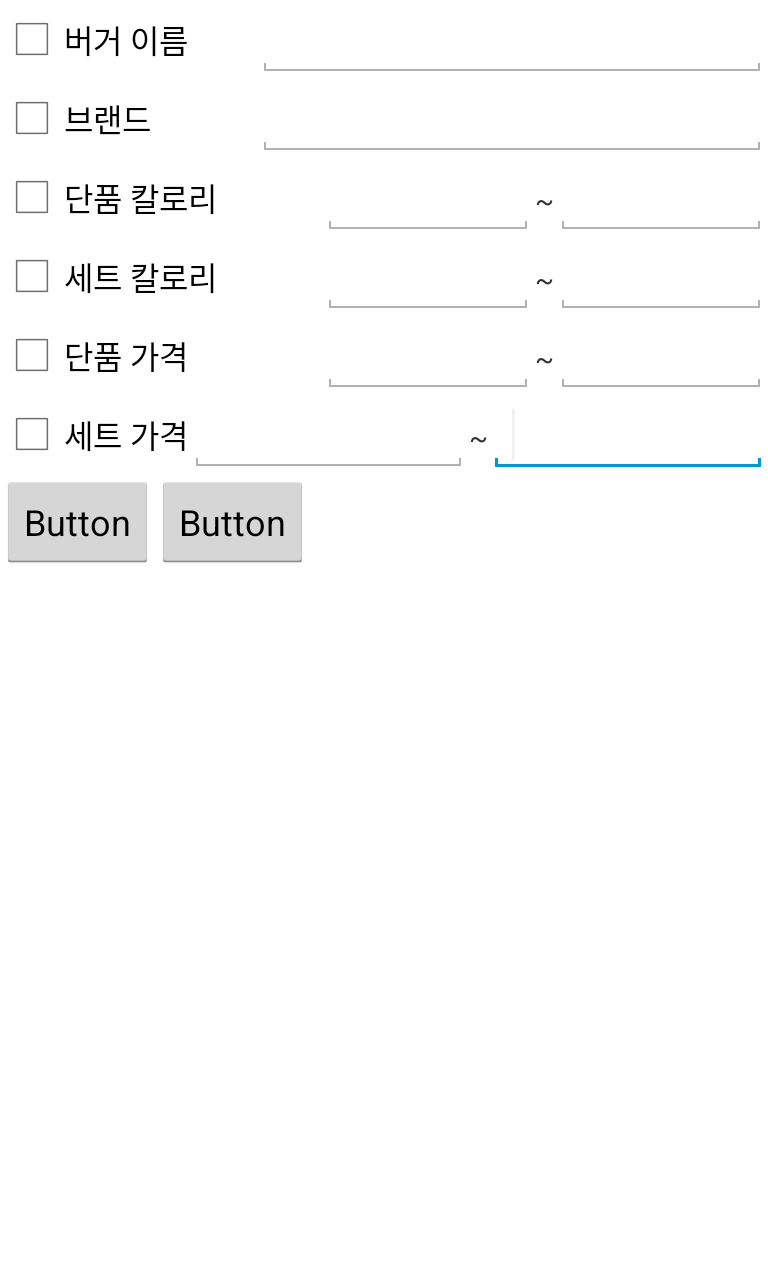
Repository: OnionLord/BurgerWIKI
Layout: burgerDicApp/BurgerDictionary/res/layout/burgersearch.xml
These files come from the project's save history. The layout is drawn as it stood at one moment and after the next save; the edit follows.
It is drawn on a 768 x 1280 px phone screen (xhdpi) without system bars, with theme AppTheme; the app's code is not run.

Above is the layout before, as saved 2014-11-07 14:36:20.

### burgerDicApp/BurgerDictionary/res/layout/burgersearch.xml
<LinearLayout xmlns:android="http://schemas.android.com/apk/res/android"
    android:layout_width="fill_parent"
    android:layout_height="fill_parent"
    android:orientation="vertical" >

    <LinearLayout
        android:layout_width="match_parent"
        android:layout_height="wrap_content" >

        <CheckBox
            android:id="@+id/search_chk_name"
            android:layout_width="0dp"
            android:layout_weight="2"
            android:layout_height="wrap_content"
            android:text="버거 이름" />

        <EditText
            android:id="@+id/search_name"
            android:layout_width="0dp"
            android:layout_height="wrap_content"
            android:layout_weight="4"
            android:ems="10" >

            <requestFocus />
        </EditText>

    </LinearLayout>

    <LinearLayout
        android:layout_width="match_parent"
        android:layout_height="wrap_content" >

        <CheckBox
            android:id="@+id/search_chk_company"
            android:layout_width="0dp"
            android:layout_weight="2"
            android:layout_height="wrap_content"
            android:text="브랜드" />

        <EditText
            android:id="@+id/search_company"
            android:layout_width="0dp"
            android:layout_height="wrap_content"
            android:layout_weight="4"
            android:ems="10" >

            <requestFocus />
        </EditText>

    </LinearLayout>

    <LinearLayout
        android:layout_width="match_parent"
        android:layout_height="wrap_content" >

        <CheckBox
            android:id="@+id/search_chk_calone"
            android:layout_width="0dp"
            android:layout_weight="3"
            android:layout_height="wrap_content"
            android:text="단품 칼로리" />

        <EditText
            android:id="@+id/search_calone1"
            android:layout_width="0dp"
            android:layout_height="wrap_content"
            android:layout_weight="2"
            android:ems="10" >

            <requestFocus />
        </EditText>

        <TextView
            android:id="@+id/textView1"
            android:layout_width="wrap_content"
            android:layout_height="wrap_content"
            android:text="~" />

        <EditText
            android:id="@+id/search_calone2"
            android:layout_width="0dp"
            android:layout_height="wrap_content"
            android:layout_weight="2"
            android:ems="10" >

            <requestFocus />
        </EditText>

    </LinearLayout>

    <LinearLayout
        android:layout_width="match_parent"
        android:layout_height="wrap_content" >

        <CheckBox
            android:id="@+id/search_chk_calset"
            android:layout_width="0dp"
            android:layout_weight="3"
            android:layout_height="wrap_content"
            android:text="세트 칼로리" />

        <EditText
            android:id="@+id/search_calset1"
            android:layout_width="0dp"
            android:layout_height="wrap_content"
            android:layout_weight="2"
            android:ems="10" >

            <requestFocus />
        </EditText>

        <TextView
            android:id="@+id/textView2"
            android:layout_width="wrap_content"
            android:layout_height="wrap_content"
            android:text="~" />

        <EditText
            android:id="@+id/search_calset2"
            android:layout_width="0dp"
            android:layout_height="wrap_content"
            android:layout_weight="2"
            android:ems="10" >

            <requestFocus />
        </EditText>

    </LinearLayout>

    <LinearLayout
        android:layout_width="match_parent"
        android:layout_height="wrap_content" >

        <CheckBox
            android:id="@+id/search_chk_priceone"
            android:layout_width="0dp"
            android:layout_weight="3"
            android:layout_height="wrap_content"
            android:text="단품 가격" />

        <EditText
            android:id="@+id/search_priceone1"
            android:layout_width="0dp"
            android:layout_height="wrap_content"
            android:layout_weight="2"
            android:ems="10" >

            <requestFocus />
        </EditText>

        <TextView
            android:id="@+id/textView3"
            android:layout_width="wrap_content"
            android:layout_height="wrap_content"
            android:text="~" />

        <EditText
            android:id="@+id/search_priceone2"
            android:layout_width="0dp"
            android:layout_height="wrap_content"
            android:layout_weight="2"
            android:ems="10" >

            <requestFocus />
        </EditText>

    </LinearLayout>

    <LinearLayout
        android:layout_width="match_parent"
        android:layout_height="wrap_content" >

        <CheckBox
            android:id="@+id/search_chk_priceset"
            android:layout_width="wrap_content"
            android:layout_height="wrap_content"
            android:text="세트 가격" />

        <EditText
            android:id="@+id/search_priceset1"
            android:layout_width="wrap_content"
            android:layout_height="wrap_content"
            android:layout_weight="1"
            android:ems="10" >

            <requestFocus />
        </EditText>

        <TextView
            android:id="@+id/textView4"
            android:layout_width="wrap_content"
            android:layout_height="wrap_content"
            android:text="~" />

        <EditText
            android:id="@+id/search_priceset2"
            android:layout_width="wrap_content"
            android:layout_height="wrap_content"
            android:layout_weight="1"
            android:ems="10" >

            <requestFocus />
        </EditText>

    </LinearLayout>

    <LinearLayout
        android:layout_width="match_parent"
        android:layout_height="wrap_content" >

        <Button
            android:id="@+id/button1"
            android:layout_width="wrap_content"
            android:layout_height="wrap_content"
            android:text="Button" />

        <Button
            android:id="@+id/button2"
            android:layout_width="wrap_content"
            android:layout_height="wrap_content"
            android:text="Button" />

    </LinearLayout>

</LinearLayout>

Loaded but not shown: burgerDicApp/BurgerDictionary/res/values/styles.xml (common file); burgerDicApp/BurgerDictionary/res/values-v11/styles.xml (common file); burgerDicApp/BurgerDictionary/res/values-v14/styles.xml (common file)

After the next save:
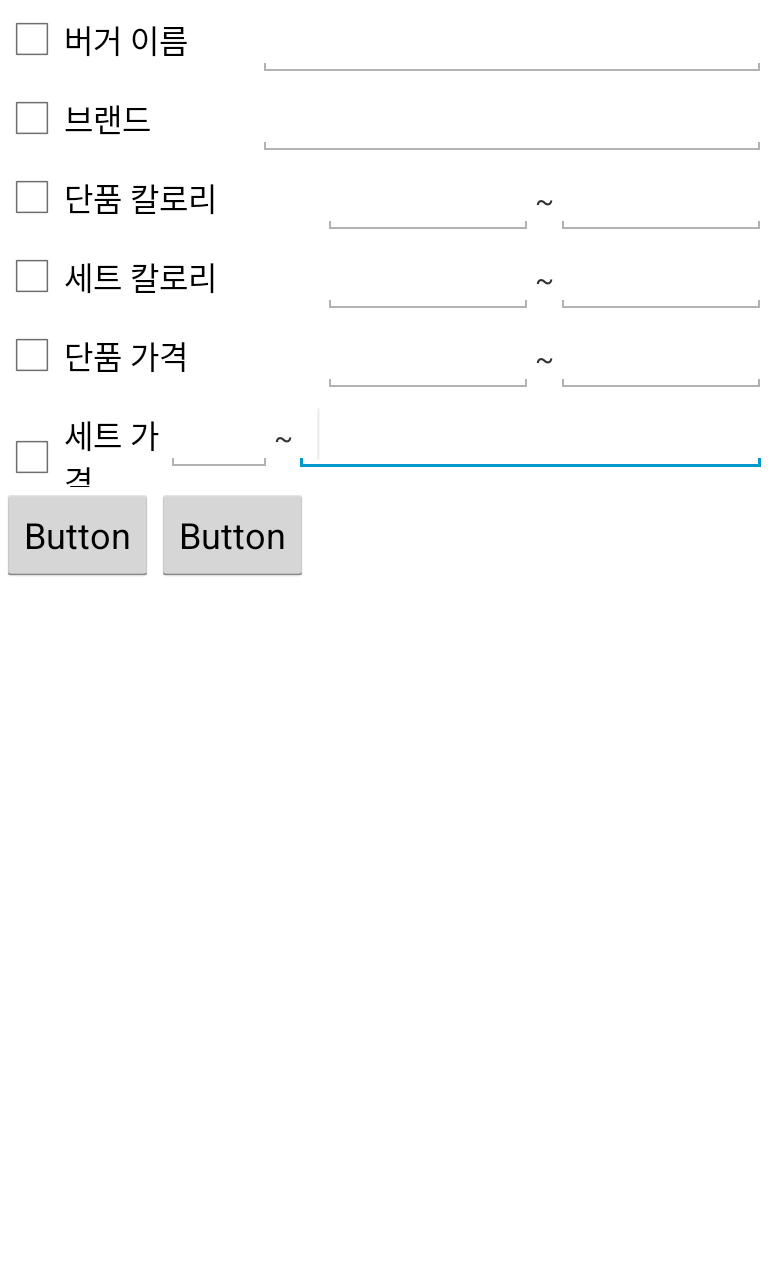
Saved 9 s later.
--- a/burgerDicApp/BurgerDictionary/res/layout/burgersearch.xml
+++ b/burgerDicApp/BurgerDictionary/res/layout/burgersearch.xml
@@ -172,15 +172,16 @@
 
         <CheckBox
             android:id="@+id/search_chk_priceset"
-            android:layout_width="wrap_content"
+            android:layout_width="0dp"
+            android:layout_weight="3"
             android:layout_height="wrap_content"
             android:text="세트 가격" />
 
         <EditText
             android:id="@+id/search_priceset1"
-            android:layout_width="wrap_content"
-            android:layout_height="wrap_content"
-            android:layout_weight="1"
+            android:layout_width="0dp"
+            android:layout_height="wrap_content"
+            android:layout_weight="2"
             android:ems="10" >
 
             <requestFocus />
